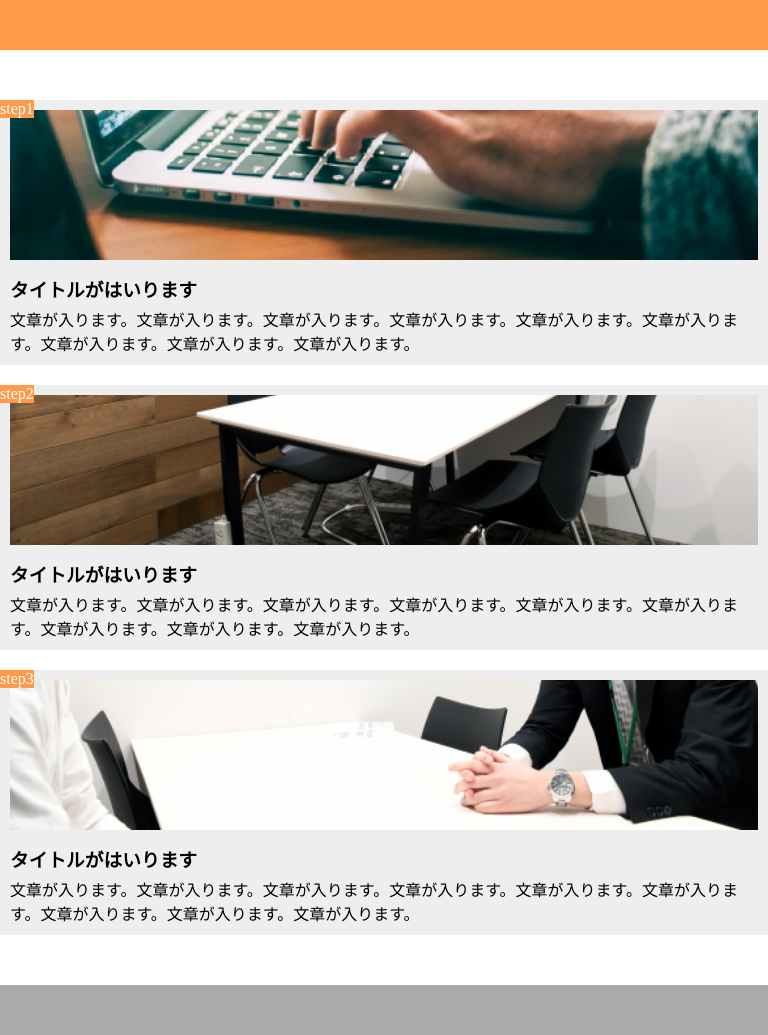
Repository: HARUNIKA/dmm-webcamp
Page: chapter9/chapter9.html
The author's editor kept a record of every edit. The page is drawn from the files as they stood at one moment, then again after the next edit.
The browser window is 768 px wide. The pictures show the whole page.

Above is the page before.

### chapter9/chapter9.html
<!DOCTYPE html>
<html lang="ja">
  <head>
    <meta charset="UTF-8" />
    <meta name="viewport" content="width=device-width,initial-scale=1.0">
    <link rel="stylesheet" href="chapter9.css" />
    <title>９章演習</title>
  </head>
  <body>
    <header></header>
    <main>
      <div class="step-box">
        <div class="step-img1"></div>
        <span class="step-num">step1</span>
        <h3 class="title">タイトルがはいります</h3>
        <p class="text">文章が入ります。文章が入ります。文章が入ります。文章が入ります。文章が入ります。文章が入ります。文章が入ります。文章が入ります。文章が入ります。</p>
      </div>
       <div class="step-box">
        <div class="step-img2"></div>
        <span class="step-num">step2</span>
        <h3 class="title">タイトルがはいります</h3>
        <p class="text">文章が入ります。文章が入ります。文章が入ります。文章が入ります。文章が入ります。文章が入ります。文章が入ります。文章が入ります。文章が入ります。</p>
      </div>
       <div class="step-box">
        <div class="step-img3"></div>
        <span class="step-num">step3</span>
        <h3 class="title">タイトルがはいります</h3>
        <p class="text">文章が入ります。文章が入ります。文章が入ります。文章が入ります。文章が入ります。文章が入ります。文章が入ります。文章が入ります。文章が入ります。</p>
      </div>
    </main>
    <footer></footer>
  </body>

### chapter9/chapter9.css
* {
  box-sizing: border-box;
  margin: 0;
  padding: 0;
}

header{
  height: 50px;
  background-color: #ff9a4b;
}

main{
  width: 960px;
  margin: 50px auto;
  display: flex;
}

.step-box {
  width: 300px;
  margin-right: 30px;
  padding: 10px;
  position: relative;
  background-color: #eee;
}

.step-box:last-child {
  margin-right: 0;
}

.step-img1{
  height: 150px;
  background-image: url(img/flow01.png);
  background-position: bottom;
  background-size: cover;
}

.step-img2{
  height: 150px;
  background-image: url(img/flow02.png);
  background-position: bottom;
  background-size: cover;
}

.step-img3{
  height: 150px;
  background-image: url(img/flow03.png);
  background-position: bottom;
  background-size: cover;
}

.step-num{
  position: absolute;
  top: 0;
  left: 0;
  background-color: #ff9a4b;
  color: #fff;
}

.title{
  margin: 15px 0 5px;
}

footer{
  height: 50px;
  background-color: #aaa;
}

@media screen and (max-width:768px){
  header{
    width:100%;
  }

  main{
    width: 100%;
    display: block;
  }

  .step-box{
    width: 100%;
    margin-bottom: 20px;

  }



  .padding{
    margin-bottom: 50px;
  }
}

After the next edit:
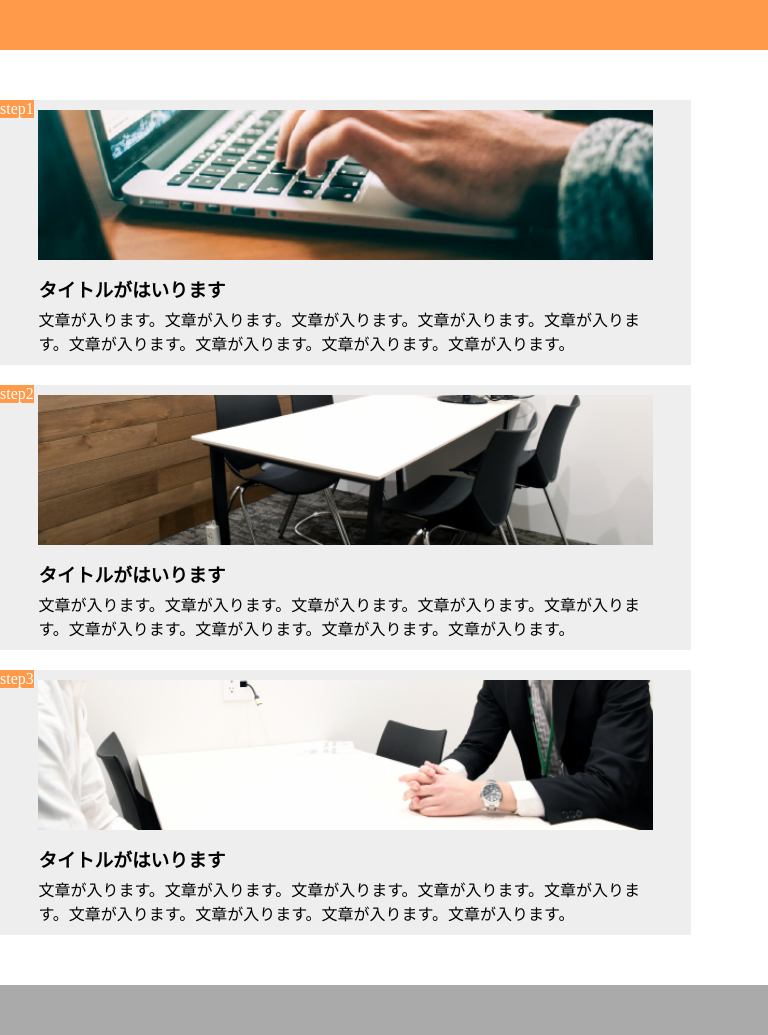
The edit:
--- a/chapter9/chapter9.css
+++ b/chapter9/chapter9.css
@@ -76,8 +76,10 @@
   }
 
   .step-box{
-    width: 100%;
+    width: 90%;
     margin-bottom: 20px;
+    padding-left: 5%;
+    padding-right: 5%;
 
   }
 
